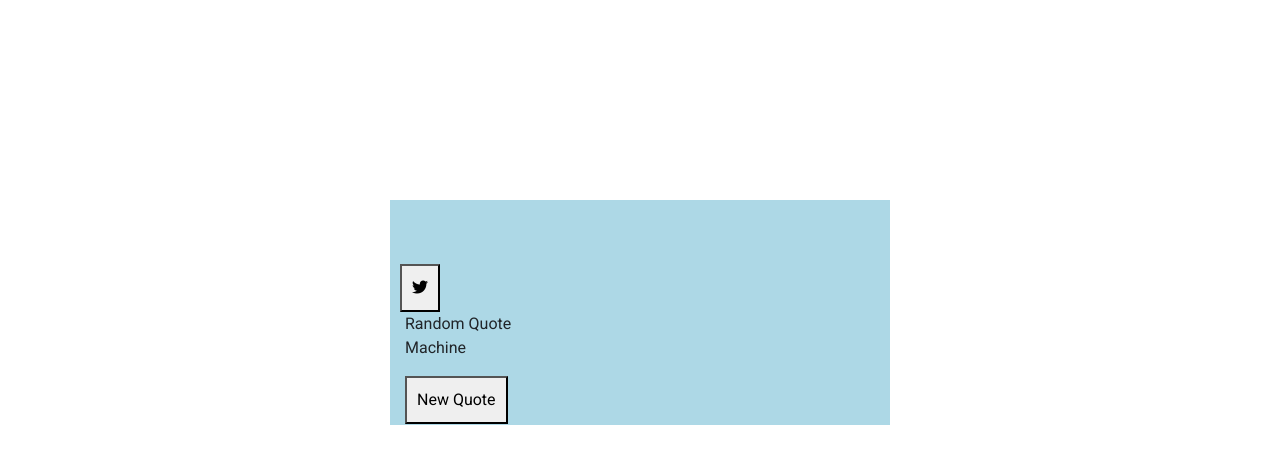
Repository: derektypist/random-quote-machine
Page: index.html
The author's editor kept a record of every edit. The page is drawn from the files as they stood at one moment, then again after the next edit.
The browser window is 1280 px wide. The pictures show the whole page.
Some web libraries are served in a nearby version.

Above is the page before.

### index.html
<!DOCTYPE html>
<html lang="en">

<head>
    <meta charset="UTF-8">
    <meta name="viewport" content="width=device-width, initial-scale=1.0">
    <meta http-equiv="X-UA-Compatible" content="ie=edge">
    <title>Random Quote Machine</title>
    <!-- Load Style Sheets -->
    <link rel="stylesheet" href="https://maxcdn.bootstrapcdn.com/bootstrap/4.4.1/css/bootstrap.min.css" integrity="sha384-Vkoo8x4CGsO3+Hhxv8T/Q5PaXtkKtu6ug5TOeNV6gBiFeWPGFN9MuhOf23Q9Ifjh" crossorigin="anonymous">
    <link rel="stylesheet" href="https://use.fontawesome.com/releases/v5.8.1/css/all.css" integrity="sha384-50oBUHEmvpQ+1lW4y57PTFmhCaXp0ML5d60M1M7uH2+nqUivzIebhndOJK28anvf" crossorigin="anonymous">
    <link href="https://fonts.googleapis.com/css?family=Roboto&display=swap" rel="stylesheet">
    <style>
        /* Quote Box */

        #quote-box {
            font-family: "Roboto", Arial, Verdana, sans-serif;
            background-color: lightblue;
            display: block;
            position: relative;
            top: 200px;
            height: 225px;
            width: 500px;
            margin: auto;

        }

        #text {
            padding: 10px;
        }

        #author {
            text-align: right;
            padding: 10px;
        }

        #tweet-quote {
            padding: 10px;
        }

        #tweet-quote button {
            text-align: center;
            padding: 10px;

        }

        #tweet-quote:hover button {
            background-color: orange;
        }

        #new-quote {
            padding: 10px;
        }
    </style>

    <!-- Load Scripts -->

</head>

<body>
    <!-- Set Up Quote Box -->
    <article id="quote-box">
        <h4 id="text"></h4>
        <p id="author"></p>

        <!-- Set Up Row -->
        <article class="row">
            <!-- Set Up Article for Tweet Quote Button -->
            <article class="col-sm-2">
                <a href="https://www.twitter.com/intent/tweet" target="_blank" title="Tweet" id="tweet-quote"><button type="button"><i class="fab fa-twitter"></i></button></a>
            </article>






        </article>

        <article class="col-sm-4">
        <p>Random Quote Machine</p>
        </article>

        <!-- Set Up Article for New Quote Button -->
        <article class="col-sm-4">
            <button onclick="displayNewQuote()" title="New Quote" id="new-quote">New Quote</button>
        </article>

    </article>


    <!-- Set Up Script -->
    <script>
        // Define Function to Display New Quote

        function displayNewQuote() {
            // Set Up Random Index

            let randomIndex = Math.floor(Math.random() * 13);

            // Set Up Constants noting use of Literals

            const possibleText = ["\"Hope smiles from the threshold of the year to come whispering.  It will be happier.\"",
                "\"O wind, if winter comes can spring be far behind?\"",
                "\"Spring is nature's way of saying 'Let's Party'.\"",
                "\"Sweet April showers do spring May Flowers.\"",
                "\"As full of spirit as the month of May, and as gorgeous as the sun in Midsummer.\"",
                "\"There are two seasons in Scotland: June and Winter.\"",
                "\"People don't notice whether it's winter or summer when they're happy.\"",
                "\"Summer Afternoon---summer afternoon; to me those have always been the first two beautiful words in the English Language.\"",
                "\"Autumn is a second spring when every leaf is a flower.\"",
                "\"In seed time learn, in harvest teach, in winter enjoy.\"",
                "\"Winter is the time for comfort, for good food and warmth, for the touch of a friendly hand and a talk beside the fire: it is time for home.\"",
                "\"Thank you for your kind words.\"",
                "\"It looks as though you had a great time Derek.\""
            ];
            const text = possibleText[randomIndex];
            const possibleAuthors = ["Alfred Lord Tennyson",
                                    "Percy Bysshe Shelley",
                                    "Robin Williams",
                                    "Thomas Tusser",
                                    "William Shakespeare",
                                    "Billy Connolly",
                                    "Anton Chekhov",
                                    "Henry James",
                                    "Albert Camus",
                                    "William Blake",
                                    "Edith Sitwell",
                                    "Daphne Pink",
                                    "Andrea Harrison"];
            const author = possibleAuthors[randomIndex];

            // Display text and author in the Browser Window
            document.getElementById("text").innerHTML = text;
            document.getElementById("author").innerHTML = author;
        }
    </script>
</body>

</html>

After the next edit:
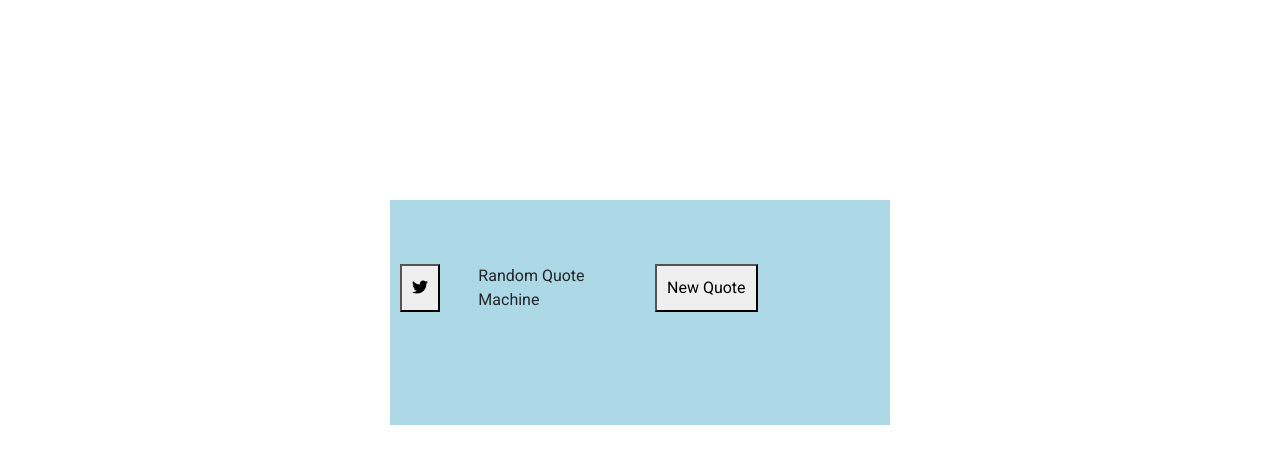
The edit:
--- a/index.html
+++ b/index.html
@@ -70,21 +70,18 @@
                 <a href="https://www.twitter.com/intent/tweet" target="_blank" title="Tweet" id="tweet-quote"><button type="button"><i class="fab fa-twitter"></i></button></a>
             </article>
 
+            <article class="col-sm-4">
+                <p>Random Quote Machine</p>
+            </article>
 
-
-
-
+            <!-- Set Up Article for New Quote Button -->
+            <article class="col-sm-4">
+                <button onclick="displayNewQuote()" title="New Quote" id="new-quote">New Quote</button>
+            </article>
 
         </article>
 
-        <article class="col-sm-4">
-        <p>Random Quote Machine</p>
-        </article>
 
-        <!-- Set Up Article for New Quote Button -->
-        <article class="col-sm-4">
-            <button onclick="displayNewQuote()" title="New Quote" id="new-quote">New Quote</button>
-        </article>
 
     </article>
 
@@ -116,18 +113,19 @@
             ];
             const text = possibleText[randomIndex];
             const possibleAuthors = ["Alfred Lord Tennyson",
-                                    "Percy Bysshe Shelley",
-                                    "Robin Williams",
-                                    "Thomas Tusser",
-                                    "William Shakespeare",
-                                    "Billy Connolly",
-                                    "Anton Chekhov",
-                                    "Henry James",
-                                    "Albert Camus",
-                                    "William Blake",
-                                    "Edith Sitwell",
-                                    "Daphne Pink",
-                                    "Andrea Harrison"];
+                "Percy Bysshe Shelley",
+                "Robin Williams",
+                "Thomas Tusser",
+                "William Shakespeare",
+                "Billy Connolly",
+                "Anton Chekhov",
+                "Henry James",
+                "Albert Camus",
+                "William Blake",
+                "Edith Sitwell",
+                "Daphne Pink",
+                "Andrea Harrison"
+            ];
             const author = possibleAuthors[randomIndex];
 
             // Display text and author in the Browser Window
